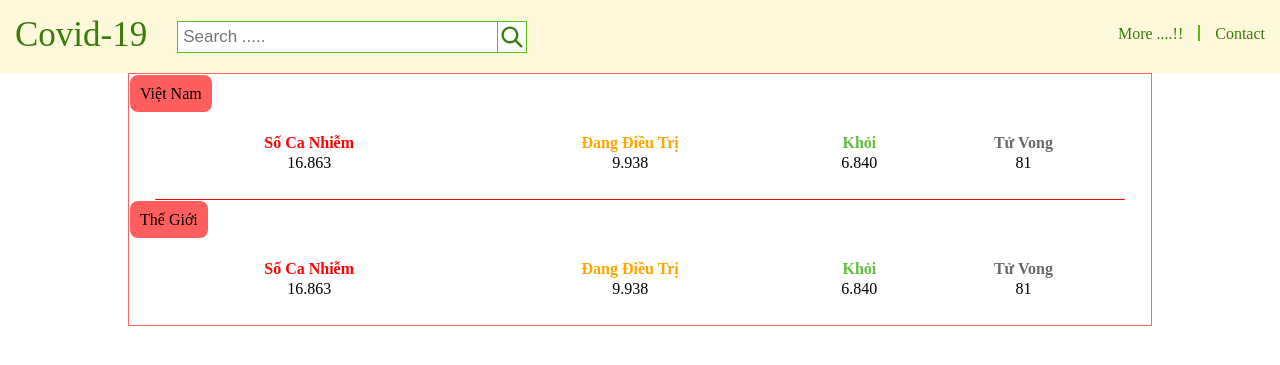
Repository: thuongton98/Covid
Page: html-css-js/index.html
The author's editor kept a copy of each file at every save. The page is drawn from the files as they stood at one save, then again after the next save.
The browser window is 1280 px wide. The pictures show the whole page.

Above is the page before, as saved 2021-07-01 10:02:29.

After the next save:
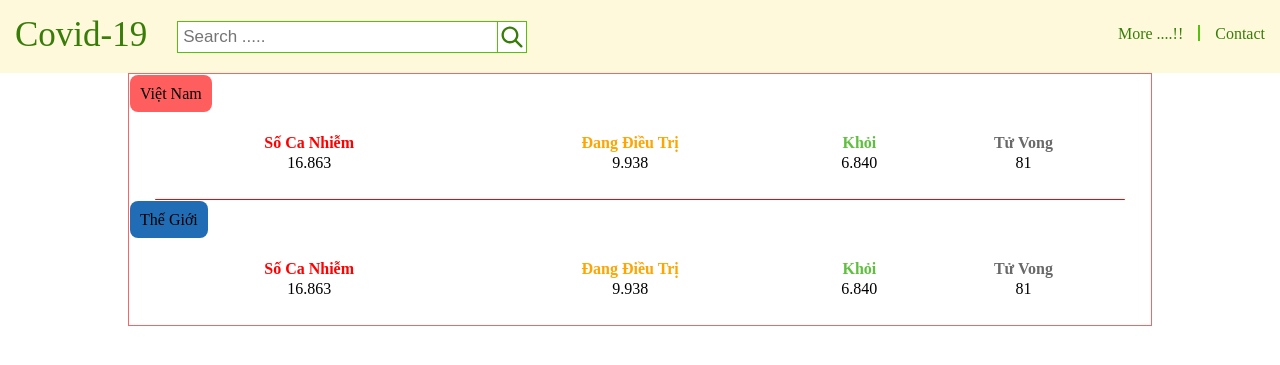
Saved 6 s later.
--- a/html-css-js/index.html
+++ b/html-css-js/index.html
@@ -43,7 +43,7 @@
 
             </table>
            <div class="line"></div>
-            <span>Thế Giới</span>
+            <span class="word">Thế Giới</span>
             <table>
                 <tr>
                     <th>Số Ca Nhiễm</th>
